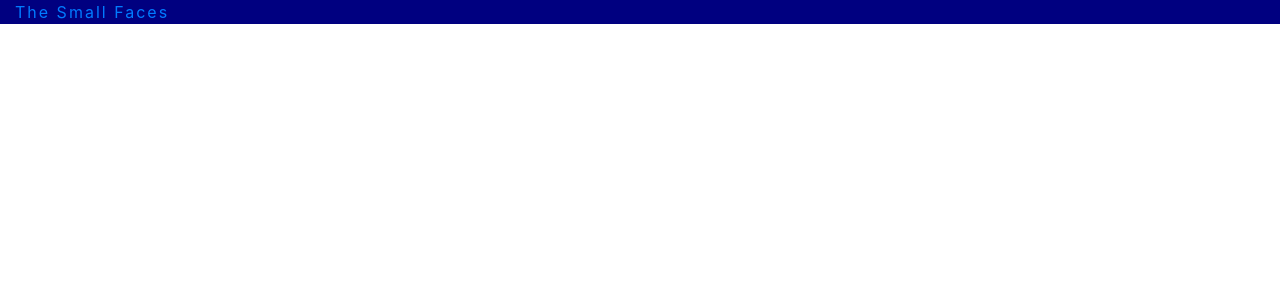
Repository: akshatnitd/User-Centric-FrontEnd-Milestone-Project
Page: index.html
The author's editor kept a record of every edit. The page is drawn from the files as they stood at one moment, then again after the next edit.
The browser window is 1280 px wide. The pictures show the whole page.

Above is the page before.

### index.html
<!DOCTYPE html>
<html lang="en">
<head>
    <meta charset="UTF-8">
    <meta name="viewport" content="width=device-width, initial-scale=1, shrink-to-fit=no">
    <meta http-equiv="X-UA-Compatible" content="ie=edge">
    <link href="https://fonts.googleapis.com/css?family=Abril+Fatface" rel="stylesheet">
	<link href="https://fonts.googleapis.com/css?family=Roboto" rel="stylesheet">
	<link href="https://fonts.googleapis.com/css?family=Fjalla+One&display=swap" rel="stylesheet">
	<link rel="stylesheet" href="https://stackpath.bootstrapcdn.com/bootstrap/4.4.1/css/bootstrap.min.css" integrity="sha384-Vkoo8x4CGsO3+Hhxv8T/Q5PaXtkKtu6ug5TOeNV6gBiFeWPGFN9MuhOf23Q9Ifjh" crossorigin="anonymous">
	<link href="assets/css/style.css" rel="stylesheet" type="text/css">
    <title>Document</title>
</head>
<body>
    <header>
        <div class="container-fluid">
            <div class="nav-header">
                <div class="nav-title">
                    <a href="index.html">The Small Faces</a>
                </div>
            </div>
        </div>
    </header>
    <section>

    </section>
    <footer>

    </footer>

</body>
</html>

### assets/css/style.css

/*............................................Heading*/
.container-fluid{
	background-color: #000080;
	position: relative;
	letter-spacing: 2px;
}

.nav-links {
	display: inline-block;
	float: right;
	font-size: 18px;
	font-family: 'Abril Fatface', cursive;
}

.nav-links>a {
	display: inline-block;
	text-decoration: none;
	color: #fff;
}

After the next edit:
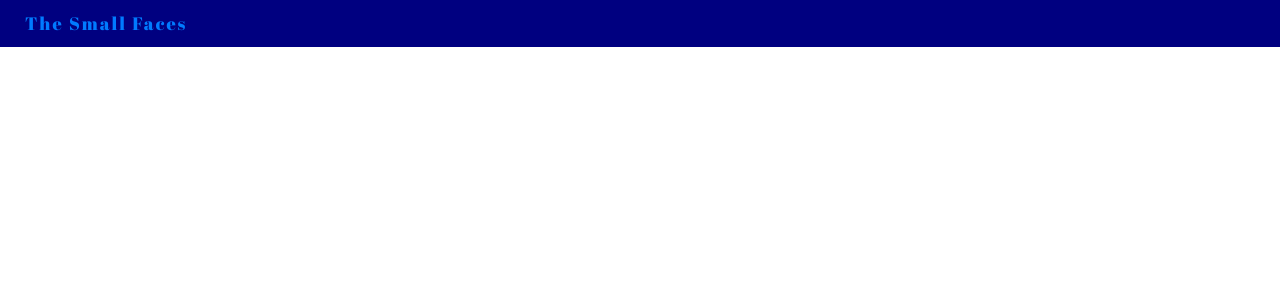
The edit:
--- a/assets/css/style.css
+++ b/assets/css/style.css
@@ -4,6 +4,14 @@
 	background-color: #000080;
 	position: relative;
 	letter-spacing: 2px;
+}
+
+.nav-title {
+	display: inline-block;
+	font-size: 18px;
+	font-family: 'Abril Fatface', cursive;
+	color: #fff;
+	padding: 10px 10px 10px 10px;
 }
 
 .nav-links {
